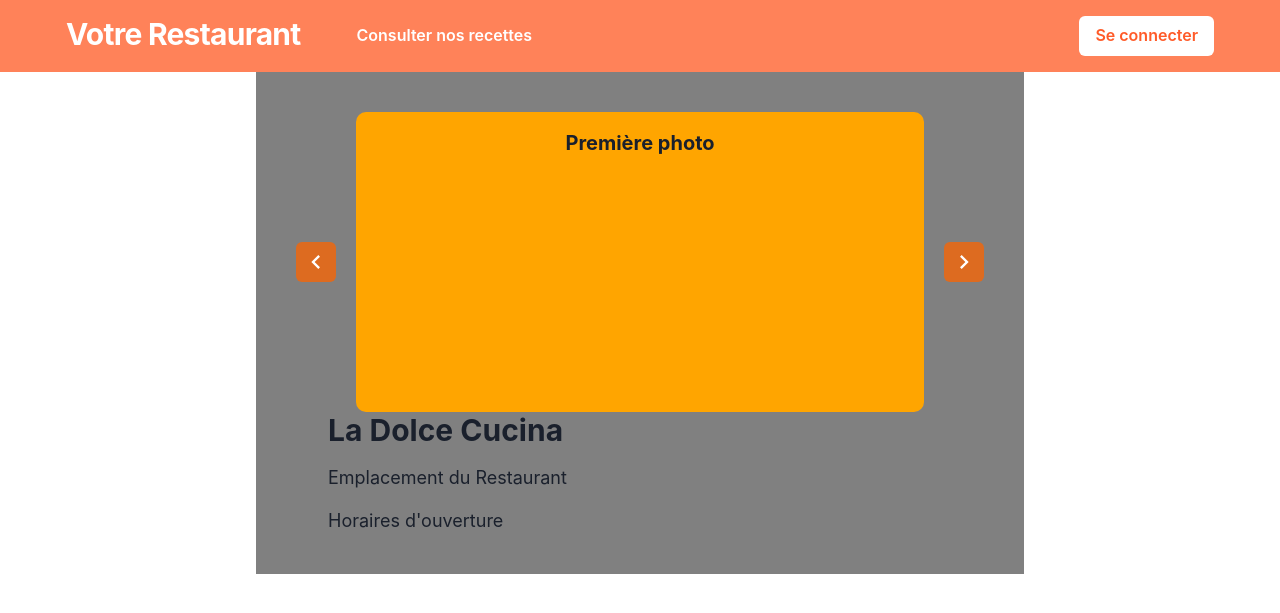
Repository: Ecaron76/tp-restau-next
Page: /
An editor plug-in stored every save of this project. The page is shown before and after a run of saves, followed by the edit.
The browser window is 1280 px wide. The pictures show the whole page.
The project was rebuilt for these pictures with package versions that can differ from the ones it lists, and the page was loaded fresh each time. The framework's server and built-in components were replaced by stand-ins that run in the browser. Also part of the build but not shown: next.config.mjs.

Above is the page before, as saved 2024-02-25 19:23:50.

### src/app/layout.tsx
'use client'

import { Inter } from "next/font/google";
import "./globals.css";
import { ChakraProvider, extendTheme  } from '@chakra-ui/react'
import Header from "@/components/Header/Header";
const theme = extendTheme({
  colors: {
    brand: {
      50: '#ffeee6',
      100: '#ffc7b7',
      200: '#ffa788',
      300: '#ff8259',
      400: '#ff5b29',
      500: '#ff3300',
      600: '#cc2900',
      700: '#991f00',
      800: '#661600',
      900: '#330c00',
    },
  },
});



export function Providers({ children }: { children: React.ReactNode }) {
  return <ChakraProvider theme={theme}>{children}</ChakraProvider>
}

export default function RootLayout({
  children,
}: Readonly<{
  children: React.ReactNode;
}>) {
  return (
    <html lang="en">
      <body>
        <Providers>{children}</Providers>
      </body>
    </html>
  );
}

### src/app/page.tsx
"use client"
import Image from "next/image";

import Header from "@/components/Header/Header";
import PageContainer from "@/components/PageContainer/PageContainer";
import SliderResto from "@/components/SliderResto/SliderResto";
import Slider from "react-slick";
import { Box, Flex, Heading, Text } from "@chakra-ui/react";
const settings = {
  dots: true,
  infinite: true,
  speed: 500,
  slidesToShow: 1,
  slidesToScroll: 1,
};
export default function Home() {
  const restaurantData = {
    name: 'La Dolce Cucina',
    location: 'Emplacement du Restaurant',
    hours: 'Horaires d\'ouverture',
    // Ajoutez d'autres données nécessaires
  };
  return (
    <main >
      <Header />
      <PageContainer>


        <SliderResto />
        {/* Image du restaurant */}

        {/* Informations du restaurant */}
        <Box ml={[0, 0, 8]} mt={[4, 4, 0]}>
          <Heading as="h1" fontSize="3xl" mb={4}>
            {restaurantData.name}
          </Heading>
          <Text fontSize="lg" mb={4}>
            {restaurantData.location}
          </Text>
          <Text fontSize="lg">
            {restaurantData.hours}
          </Text>
          {/* Ajoutez d'autres informations sur le restaurant ici */}
        </Box>

      </PageContainer>
    </main>
  );
}

### src/app/globals.css
:root {
  --max-width: 1100px;
  --border-radius: 12px;
  --font-mono: ui-monospace, Menlo, Monaco, "Cascadia Mono", "Segoe UI Mono",
    "Roboto Mono", "Oxygen Mono", "Ubuntu Monospace", "Source Code Pro",
    "Fira Mono", "Droid Sans Mono", "Courier New", monospace;

  --foreground-rgb: 0, 0, 0;
  --background-start-rgb: 214, 219, 220;
  --background-end-rgb: 255, 255, 255;

  --primary-glow: conic-gradient(
    from 180deg at 50% 50%,
    #16abff33 0deg,
    #0885ff33 55deg,
    #54d6ff33 120deg,
    #0071ff33 160deg,
    transparent 360deg
  );
  --secondary-glow: radial-gradient(
    rgba(255, 255, 255, 1),
    rgba(255, 255, 255, 0)
  );

  --tile-start-rgb: 239, 245, 249;
  --tile-end-rgb: 228, 232, 233;
  --tile-border: conic-gradient(
    #00000080,
    #00000040,
    #00000030,
    #00000020,
    #00000010,
    #00000010,
    #00000080
  );

  --callout-rgb: 238, 240, 241;
  --callout-border-rgb: 172, 175, 176;
  --card-rgb: 180, 185, 188;
  --card-border-rgb: 131, 134, 135;
}

@media (prefers-color-scheme: dark) {
  :root {
    --foreground-rgb: 255, 255, 255;
    --background-start-rgb: 0, 0, 0;
    --background-end-rgb: 0, 0, 0;

    --primary-glow: radial-gradient(rgba(1, 65, 255, 0.4), rgba(1, 65, 255, 0));
    --secondary-glow: linear-gradient(
      to bottom right,
      rgba(1, 65, 255, 0),
      rgba(1, 65, 255, 0),
      rgba(1, 65, 255, 0.3)
    );

    --tile-start-rgb: 2, 13, 46;
    --tile-end-rgb: 2, 5, 19;
    --tile-border: conic-gradient(
      #ffffff80,
      #ffffff40,
      #ffffff30,
      #ffffff20,
      #ffffff10,
      #ffffff10,
      #ffffff80
    );

    --callout-rgb: 20, 20, 20;
    --callout-border-rgb: 108, 108, 108;
    --card-rgb: 100, 100, 100;
    --card-border-rgb: 200, 200, 200;
  }
}

* {
  box-sizing: border-box;
  padding: 0;
  margin: 0;
}

html,
body {

  overflow-x: hidden;
}

body {
  color: rgb(var(--foreground-rgb));
  background: linear-gradient(
      to bottom,
      transparent,
      rgb(var(--background-end-rgb))
    )
    rgb(var(--background-start-rgb));
}

a {
  color: inherit;
  text-decoration: none;
}

@media (prefers-color-scheme: dark) {
  html {
    color-scheme: dark;
  }
}

### src/components/Header/Header.tsx
import { Box, Flex, Heading, Spacer, Button } from '@chakra-ui/react';
import NextLink from 'next/link'; // Pour gérer la navigation entre les pages

const Header = () => {
  return (
    <Box bg="brand.300" p={4} color="white">
      <Flex alignItems="center" maxW="100%" marginLeft={'50px'} marginRight={'50px'} justifyContent='space-between'>
        {/* Logo ou Nom du restaurant */}
        <Box display={'flex'} gap={10}>
        <Heading as="h1" size="lg" letterSpacing="tight">
          <NextLink href="/" passHref>
              Votre Restaurant
          </NextLink>
        </Heading>
        <Box>
          <NextLink href="/recettes" passHref>
            <Button  variant="ghost" color={'white'}>
              Consulter nos recettes
            </Button>
          </NextLink>
        </Box>
        </Box>
        <Box>
          <NextLink href="/login" passHref>
            <Button  variant="ghost" color={'brand.400'} bg={'white'}>
              Se connecter
            </Button>
          </NextLink>
        </Box>
      </Flex>
    </Box>
  );
};

export default Header;

### src/components/PageContainer/PageContainer.tsx
import { Box } from "@chakra-ui/react";

export default function PageContainer({children}: {children: React.ReactNode}) {
    return (
      <Box marginRight={'20%'}marginLeft={'20%'} bg="grey" padding={10}>
        {children}
      </Box>
    )
  }

### src/components/SliderResto/SliderResto.tsx
import { ChevronLeftIcon, ChevronRightIcon } from "@chakra-ui/icons";
import { Box, Button, HStack, IconButton, Text } from "@chakra-ui/react";
import { useState } from "react";

export default function SliderResto() {
    const [currentSlide, setCurrentSlide] = useState(0);
    const slides = [
        { id: 1, title: 'Première photo', },
        { id: 2, title: 'Deuxième photo',  },
        { id: 3, title: 'Troisième photo',  },
      ];

      const goToNextSlide = () => {
        setCurrentSlide((prevSlide: number) => (prevSlide + 1) % slides.length);
      };

      const goToPrevSlide = () => {
        setCurrentSlide((prevSlide: number) => (prevSlide - 1 + slides.length) % slides.length);
      };
  return (
    <Box position="relative" textAlign="center" >
      <Box display={'flex'} justifyContent={'center'} alignItems={'center'} gap={5}>
        <IconButton
          onClick={goToPrevSlide}
          icon={<ChevronLeftIcon boxSize={7} />}
          colorScheme="orange"
          size="md"
          aria-label="Précédent"
        />
        <Box position="relative" textAlign="center" p={4} bg={'orange'} width={600} height={300} borderRadius={10}>
          <Text fontSize="xl" fontWeight="bold" mb={2}>
            {slides[currentSlide].title}
          </Text>
        </Box>
        <IconButton
          onClick={goToNextSlide}
          icon={<ChevronRightIcon boxSize={7} />}
          colorScheme="orange"
          size="md"
          aria-label="Suivant"
        />
      </Box>

    </Box>
  );
}

After the next 2 saves:
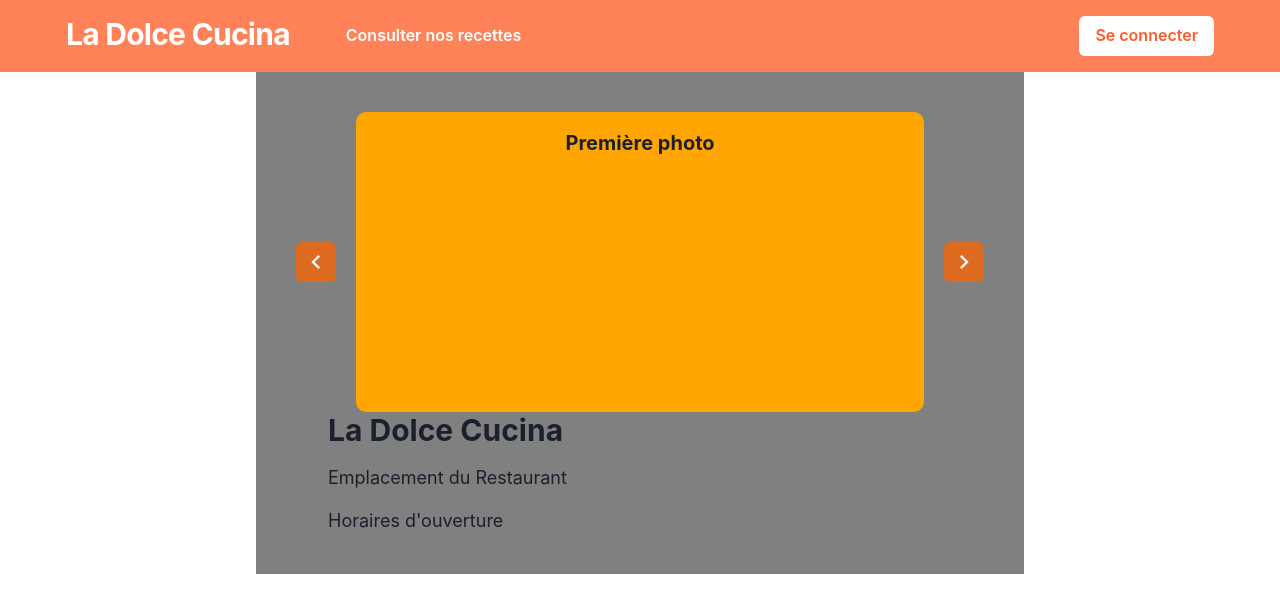
The 2 saves are shown as one change because they came seconds apart.
The last was saved 10 s later.
--- a/src/components/Header/Header.tsx
+++ b/src/components/Header/Header.tsx
@@ -9,7 +9,7 @@ const Header = () => {
         <Box display={'flex'} gap={10}>
         <Heading as="h1" size="lg" letterSpacing="tight">
           <NextLink href="/" passHref>
-              Votre Restaurant
+            La Dolce Cucina
           </NextLink>
         </Heading>
         <Box>
